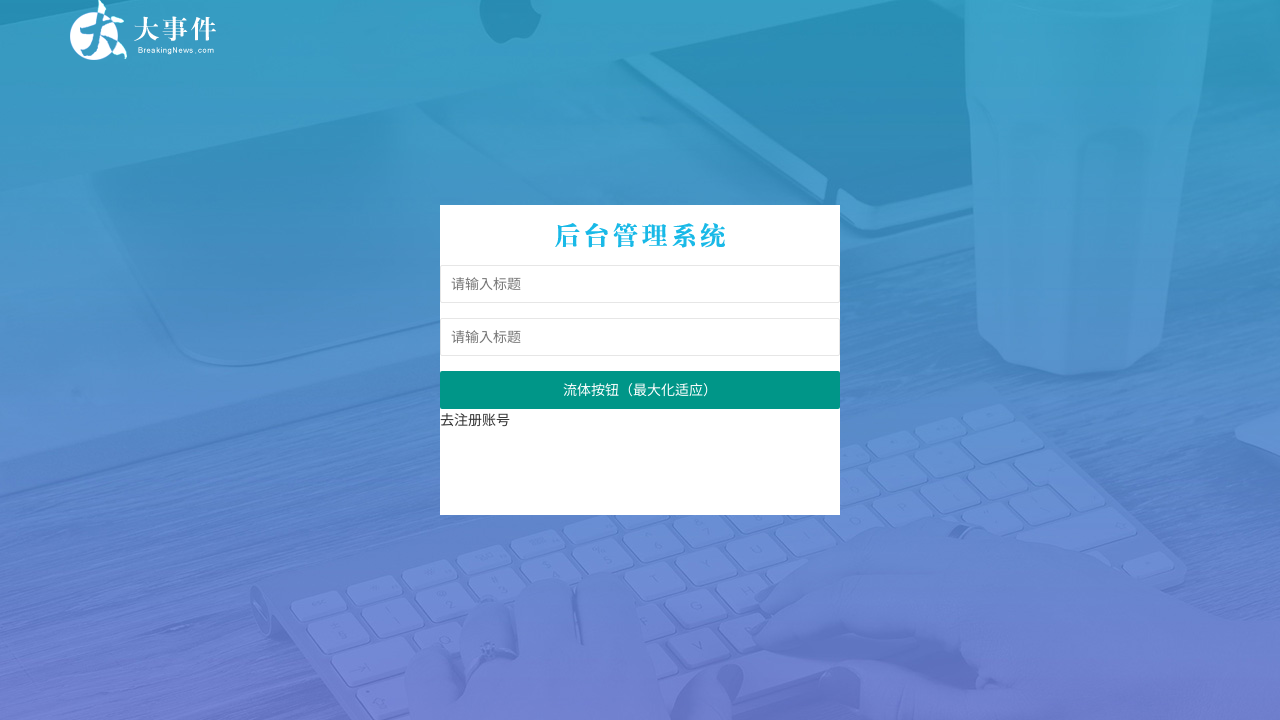
Repository: R1Deemo/Main-project
Page: login.html
These files come from the project's save history. The page is drawn as it stood at one moment and after the next save; the edit follows.
The browser window is 1280 px wide. The pictures show the whole page.

Above is the page before, as saved 2022-10-28 20:02:47.

After the next save:
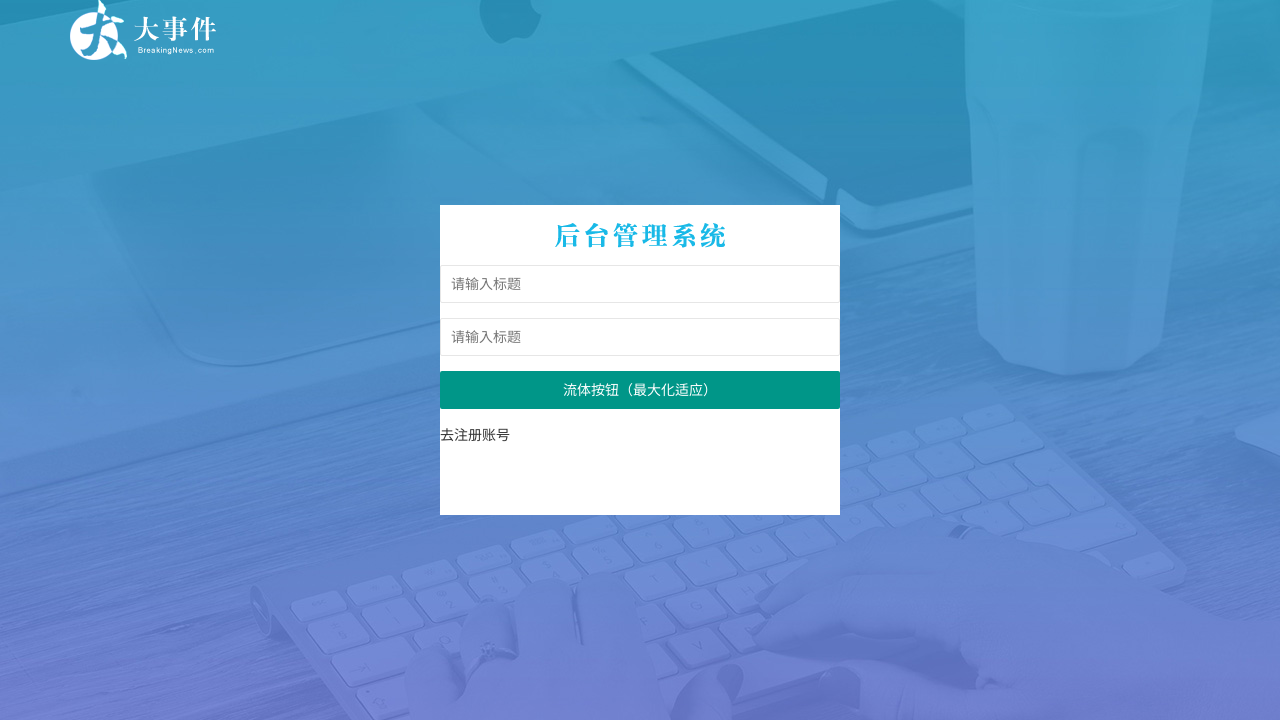
Saved 63 s later.
--- a/login.html
+++ b/login.html
@@ -31,7 +31,9 @@
                     <input type="text" name="title" required lay-verify="required" placeholder="请输入标题" autocomplete="off" class="layui-input">
                 </div>
                 <!-- 登录按钮 -->
-                <button type="button" class="layui-btn layui-btn-fluid">流体按钮（最大化适应）</button>
+                <div class="layui-form-item">
+                    <button type="button" class="layui-btn layui-btn-fluid">流体按钮（最大化适应）</button>
+                </div>
             </form>
             <a href="javascript:;" id="link_reg">去注册账号</a>
         </div>
